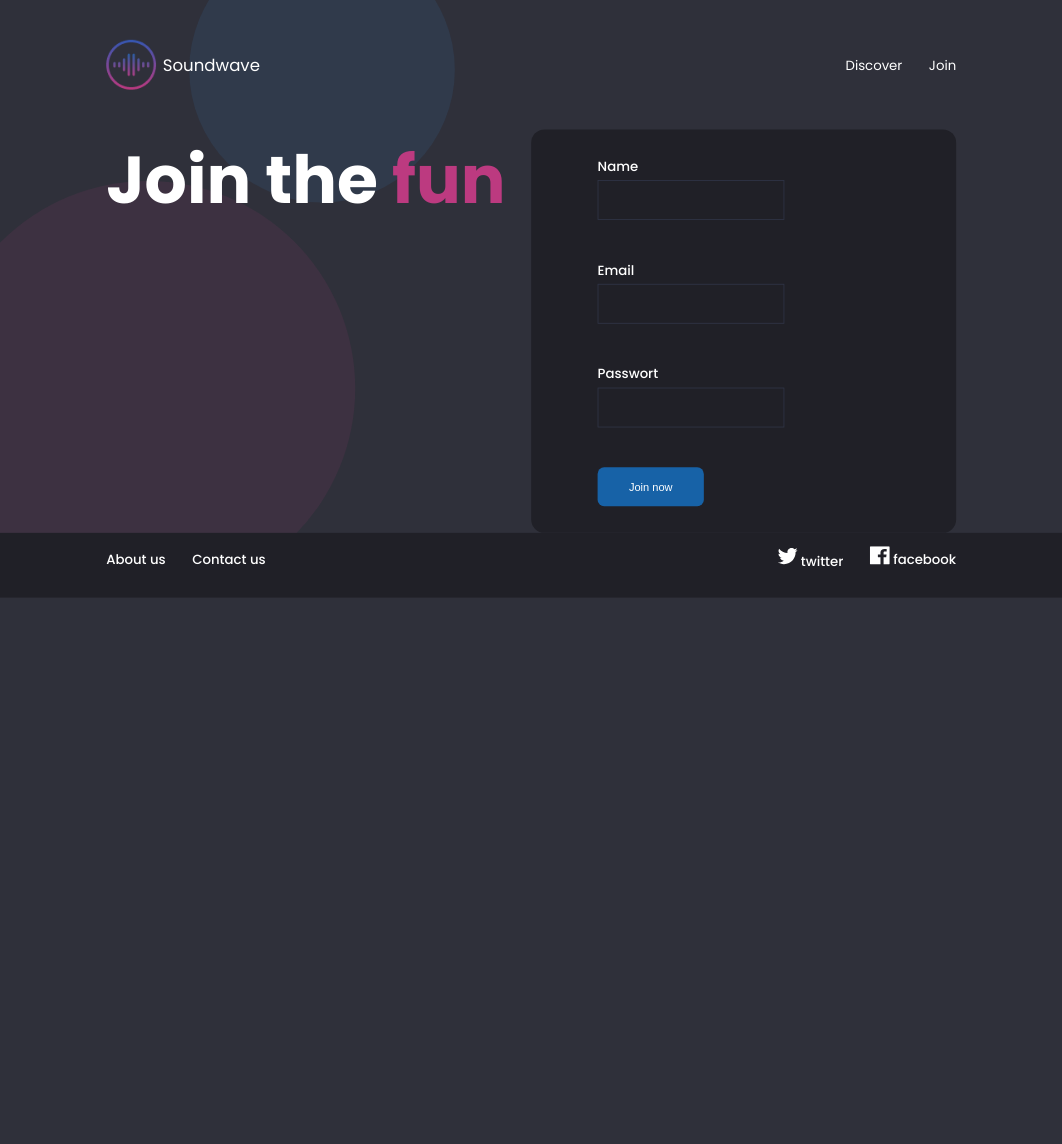
Repository: Hiiiij/soundwave
Page: pages/join.html
These files come from the project's save history. The page is drawn as it stood at one moment and after the next save; the edit follows.
The browser window is 1280 px wide. The pictures show the whole page, at 83% of full size.

Above is the page before, as saved 2020-07-06 11:13:18.

After the next save:
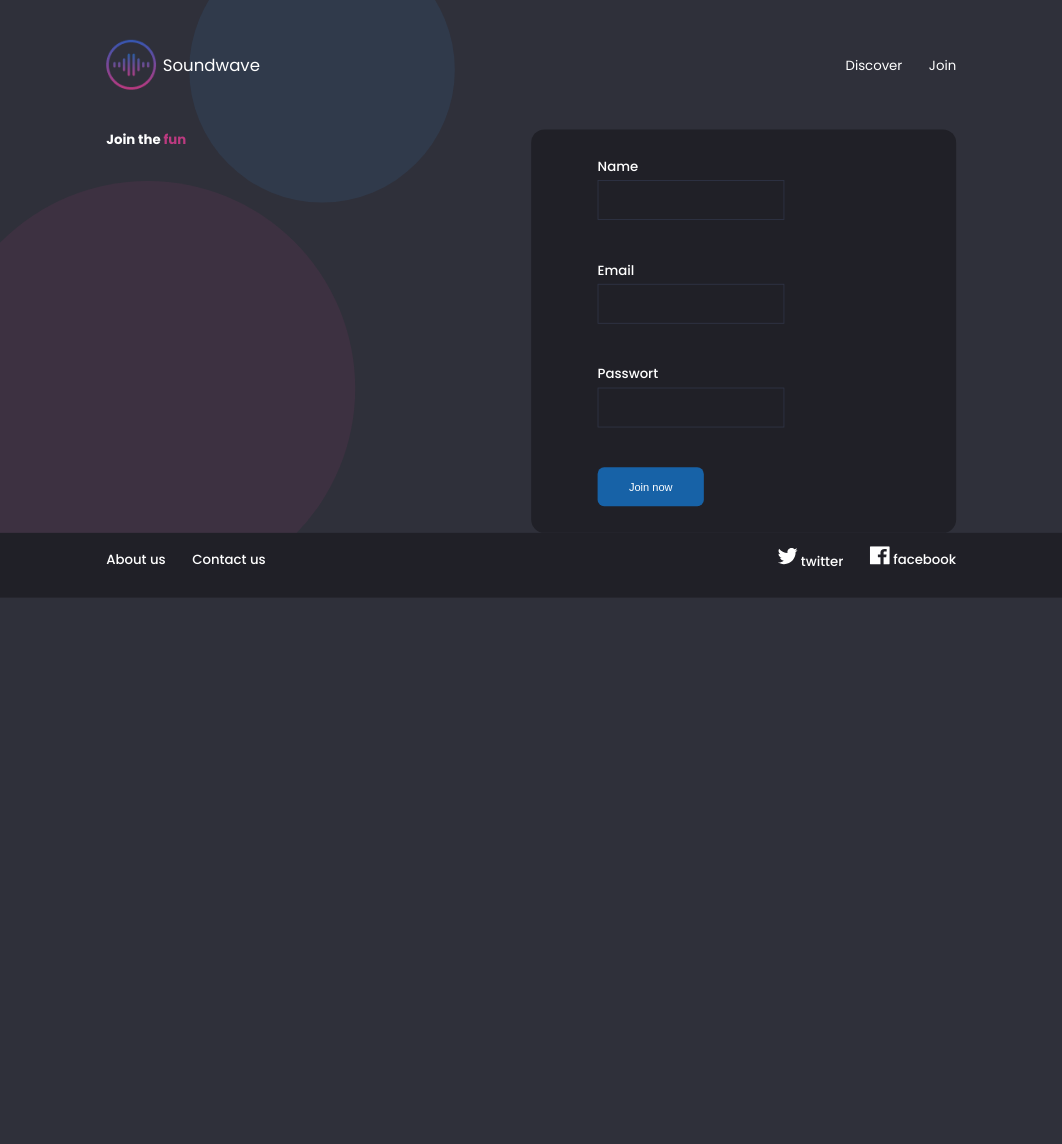
Saved 3 min 22 s later.
--- a/style.css
+++ b/style.css
@@ -23,7 +23,7 @@
   --h4-font-size: 1rem;
   --h1-font-size: 3rem;
   --h2-font-size: 1.5rem;
-   --extrabig-font-size:5rem;
+   --extrabig-font-size:rem;
   --logo-font-size: 1.25rem;
   --btn-text: 0.75rem;
   --font-bold: 500;
